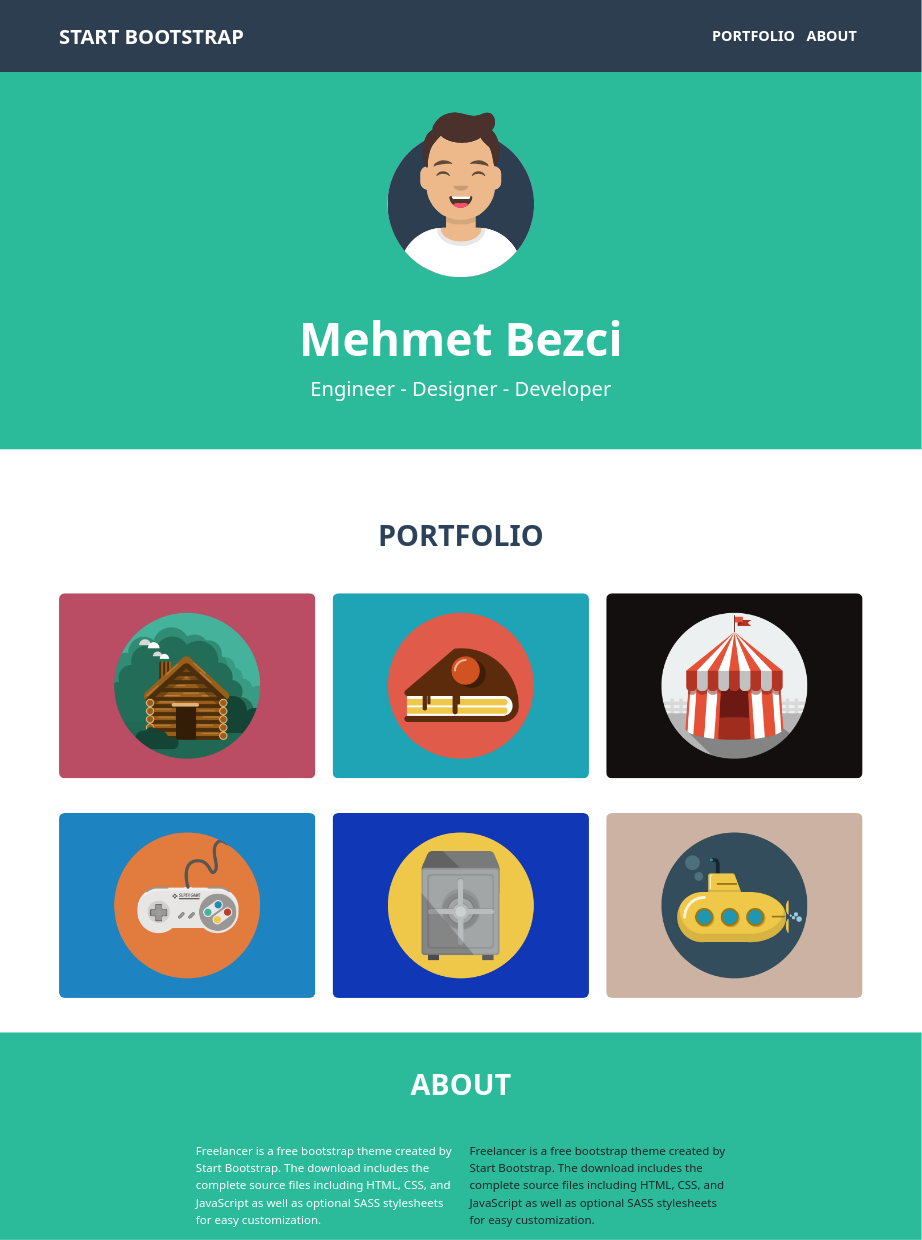
Repository: 7JaxeN7/WT-1255P-Mehmet_BEZC-
Page: index.html
The author's editor kept a copy of each file at every save. The page is drawn from the files as they stood at one save, then again after the next save.
The browser window is 1280 px wide. The pictures show the whole page, at 72% of full size.

Above is the page before, as saved 2025-01-06 22:00:51.

### index.html
<!DOCTYPE html>
<html lang="tr">

<head>
  <meta charset="UTF-8">
  <meta name="viewport" content="width=device-width, initial-scale=1.0">
  <link rel="stylesheet" href="style.css">
  <link href="https://cdn.jsdelivr.net/npm/bootstrap@5.3.3/dist/css/bootstrap.min.css" rel="stylesheet"
    integrity="sha384-QWTKZyjpPEjISv5WaRU9OFeRpok6YctnYmDr5pNlyT2bRjXh0JMhjY6hW+ALEwIH" crossorigin="anonymous">
  <title>Start Bootstrap</title>
</head>

<body>
  <!-- Navbar -->
  <header>
    <nav class="navbar navbar-expand-lg navbar-bg">
      <div class="container pt-3 pb-3">
        <a class="navbar-brand text-white fw-bolder fs-3" href="#">START BOOTSTRAP</a>
        <button class="navbar-toggler" type="button" data-bs-toggle="collapse" data-bs-target="#navbarNav"
          aria-controls="navbarNav" aria-expanded="false" aria-label="Toggle navigation">
          <span class="navbar-toggler-icon"></span>
        </button>
        <div class="collapse navbar-collapse" id="navbarNav">
          <ul class="navbar-nav ms-auto">
            <li class="nav-item">
              <a class="nav-link text-white fw-bolder fs-5" href="#">PORTFOLIO</a>
            </li>
            <li class="nav-item">
              <a class="nav-link text-white fw-bolder fs-5" href="#">ABOUT</a>
            </li>
          </ul>
        </div>
      </div>
    </nav>
  </header>
  <!-- Herosection -->
  <div class="herosection-bg pt-5 pb-5">
    <div class="container text-center">
      <img src="/assets/img/avataaars.svg" width="20%" />
      <h1 class="mt-5 text-white fw-bolder display-3">Mehmet Bezci</h1>
      <p class="text-white fs-3">Engineer - Designer - Developer</p>
    </div>
  </div>
  <!-- Portfolio -->
  <div class="portfolio-section">
    <h2 class="text-center mt-5 pt-5 pb-5 fs-1 fw-semibold portfolio-tittle">PORTFOLIO</h2>
    <div class="container">
      <div class="row">
        <div class="col-12 col-md-6 col-lg-4 mb-5">
          <img src="/assets/img/cabin.png" class="img-fluid rounded-3">
        </div>
        <div class="col-12 col-md-6 col-lg-4 mb-5">
          <img src="/assets/img/cake.png" class="img-fluid rounded-3">
        </div>
        <div class="col-12 col-md-6 col-lg-4 mb-5">
          <img src="/assets/img/circus.png" class="img-fluid rounded-3">
        </div>
        <div class="col-12 col-md-6 col-lg-4 mb-5">
          <img src="/assets/img/game.png" class="img-fluid rounded-3">
        </div>
        <div class="col-12 col-md-6 col-lg-4 mb-5">
          <img src="/assets/img/safe.png" class="img-fluid rounded-3">
        </div>
        <div class="col-12 col-md-6 col-lg-4 mb-5">
          <img src="/assets/img/submarine.png" class="img-fluid rounded-3">
        </div>
      </div>
    </div>
  </div>
  <!-- About -->
  <div class="about-section">
    <div class="container">
      <h2 class="about-tittle fs-1 fw-semibold text-center pt-5 pb-5"> ABOUT</h2>
      <div class="row justify-content-center">
        <div class="col-lg-4 fs-50px; text-white">
          <p>
            Freelancer is a free bootstrap theme created by Start Bootstrap. The download includes the complete source
            files including HTML, CSS, and JavaScript as well as optional SASS stylesheets for easy customization.
          </p>
        </div>
        <div class="col-lg-4">
          <p>
            Freelancer is a free bootstrap theme created by Start Bootstrap. The download includes the complete source
            files including HTML, CSS, and JavaScript as well as optional SASS stylesheets for easy customization.
          </p>
        </div>
      </div>
    </div>
  </div>
  <!-- Burası bootstrap script kısmı -->
  <script src="https://cdn.jsdelivr.net/npm/bootstrap@5.3.3/dist/js/bootstrap.bundle.min.js"
    integrity="sha384-YvpcrYf0tY3lHB60NNkmXc5s9fDVZLESaAA55NDzOxhy9GkcIdslK1eN7N6jIeHz"
    crossorigin="anonymous"></script>
</body>

</html>

### style.css
.navbar-bg {
  background-color: #2d3e50 !important;
}
.herosection-bg{
    background-color: #2bbb9b ;
}
.portfolio-tittle{
    color: #2c425a;
}
.about-section{
    background-color: #2bbb9b ;
}
.about-tittle{
    color: #ffffff;
}

After the next save:
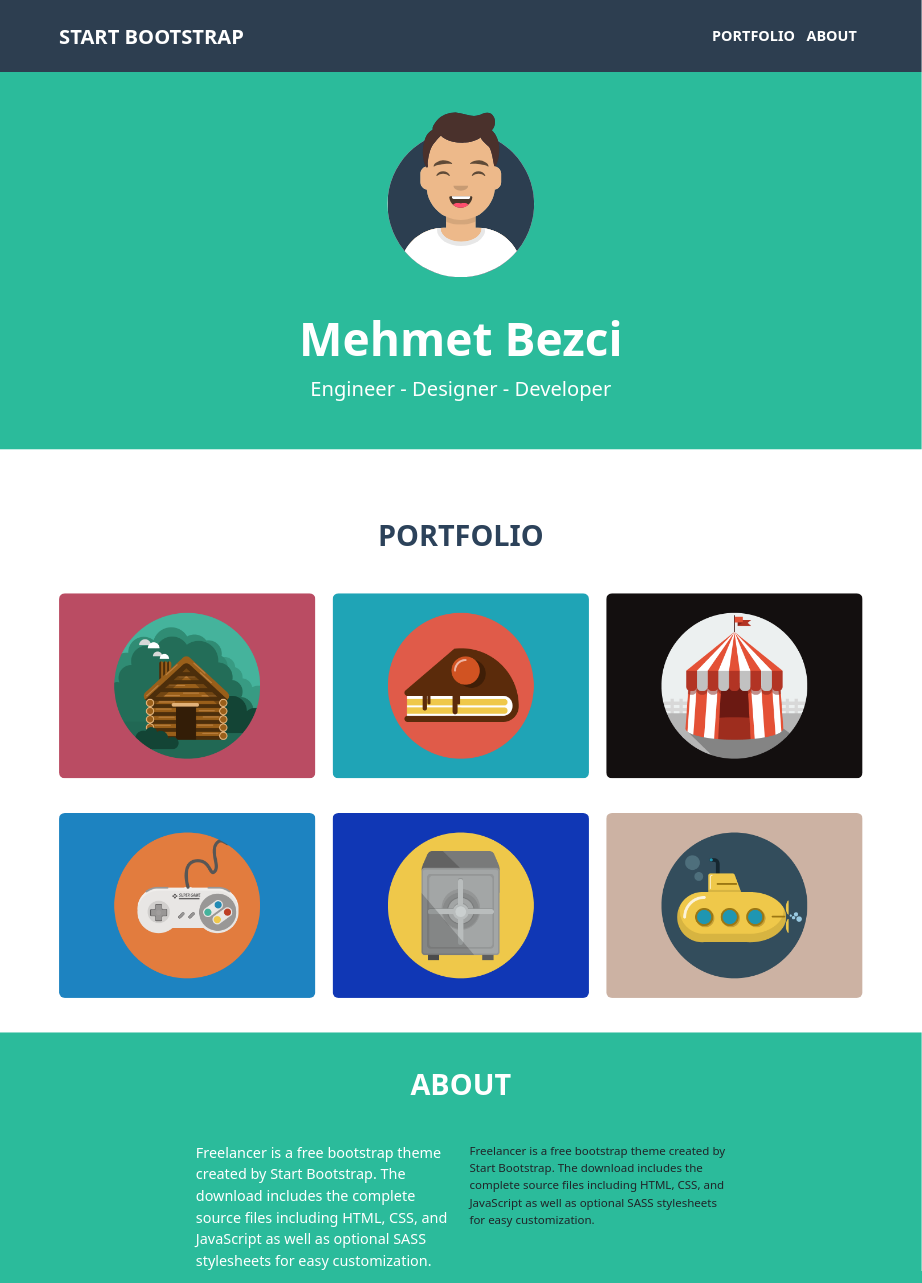
Saved 6 s later.
--- a/index.html
+++ b/index.html
@@ -72,7 +72,7 @@
     <div class="container">
       <h2 class="about-tittle fs-1 fw-semibold text-center pt-5 pb-5"> ABOUT</h2>
       <div class="row justify-content-center">
-        <div class="col-lg-4 fs-50px; text-white">
+        <div class="col-lg-4 fs-5 text-white">
           <p>
             Freelancer is a free bootstrap theme created by Start Bootstrap. The download includes the complete source
             files including HTML, CSS, and JavaScript as well as optional SASS stylesheets for easy customization.
